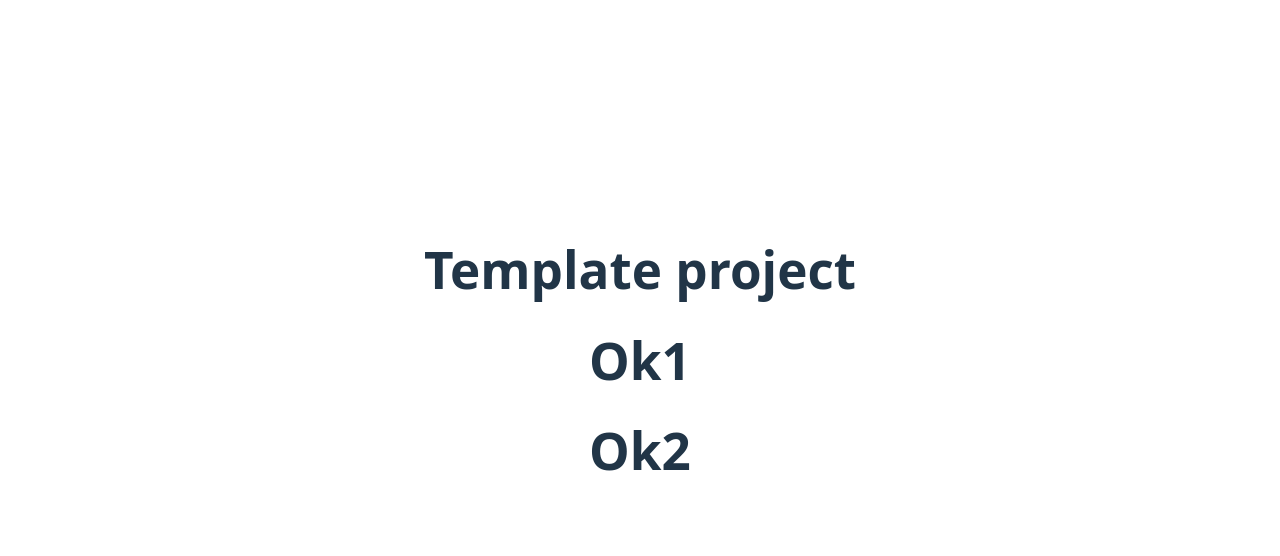
Repository: valentina2209/homeworks
Page: / (app in hw-03-teacher/)
These files come from the project's save history. The page is drawn as it stood at one moment and after the next save; the edit follows.
The browser window is 1280 px wide. The pictures show the whole page.
The project was rebuilt for these pictures with package versions that can differ from the ones it lists, and the page was loaded fresh each time. Also part of the build but not shown: hw-03-teacher/vite.config.js.

Above is the page before, as saved 2025-06-05 10:42:22.

After the next save:
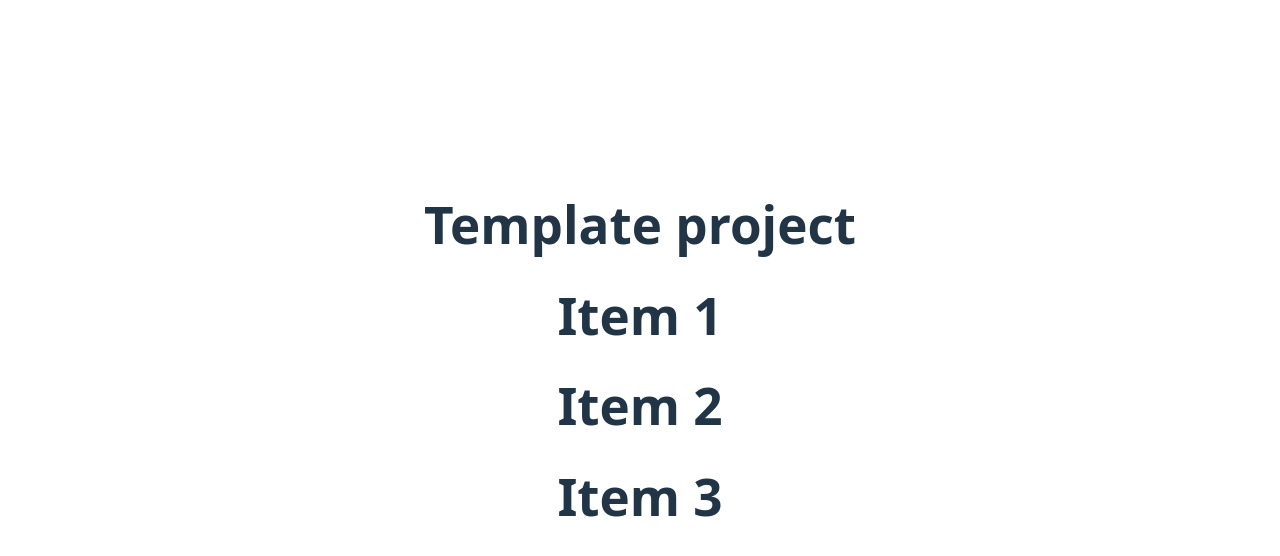
Saved 5 min 18 s later.
--- a/hw-03-teacher/src/App.jsx
+++ b/hw-03-teacher/src/App.jsx
@@ -5,7 +5,13 @@ function App() {
     <>
       <div>
         <h1>Template project</h1>
-        <div>{[<h1>Ok1</h1>, <h1>Ok2</h1>]}</div>
+        <div>
+          {[
+            <h1 key={1}>Item 1</h1>,
+            <h1 key={2}>Item 2</h1>,
+            <h1 key={2}>Item 3</h1>,
+          ]}
+        </div>
       </div>
     </>
   )
